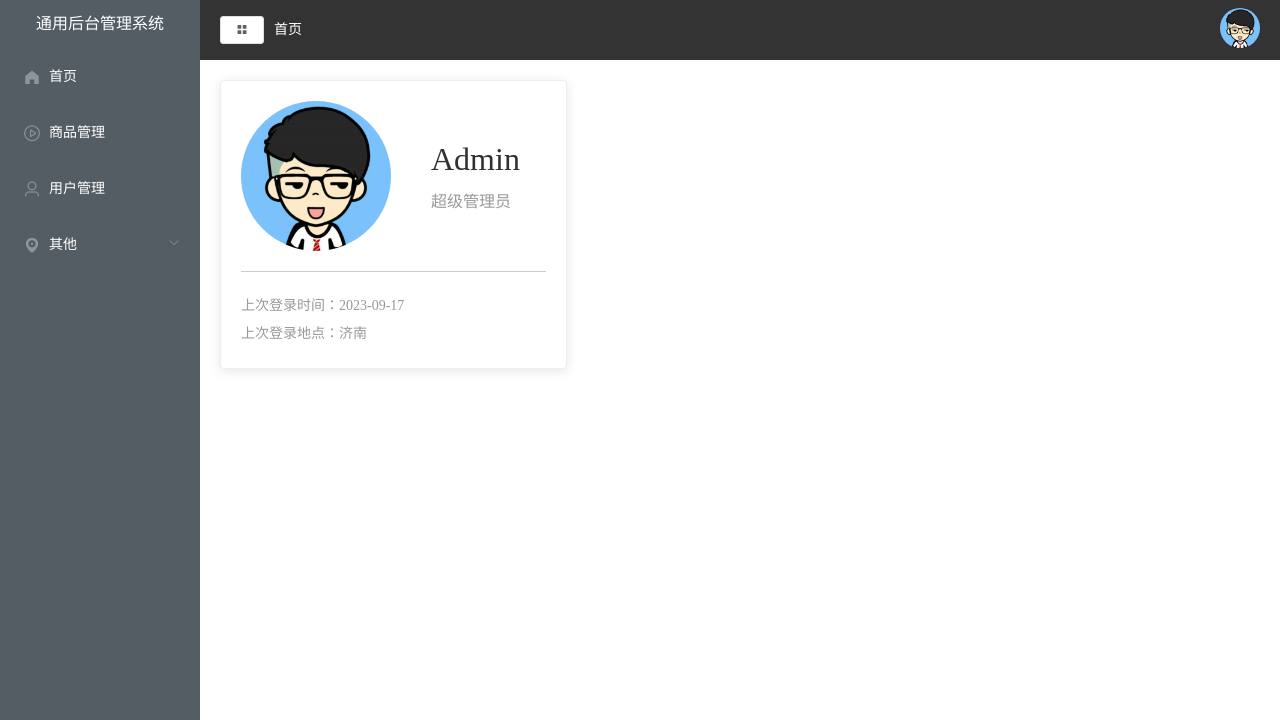
Repository: Francis200214/my-app
Page: /
These files come from the project's save history. The page is drawn as it stood at one moment and after a run of saves; the edit follows.
The browser window is 1280 px wide. The pictures show the whole page.
The project was rebuilt for these pictures with package versions that can differ from the ones it lists, and the page was loaded fresh each time. Also part of the build but not shown: vue.config.js, src/views/User.vue, src/views/Mall.vue, src/views/other/PageOne.vue, src/views/other/PageTwo.vue.

Above is the page before, as saved 2023-05-22 21:36:17.

### src/main.js
import Vue from 'vue'
import App from './App.vue'
import ElementUI from 'element-ui'

// ElementUI 按需引入
// import { Button,Row } from 'element-ui'


import 'element-ui/lib/theme-chalk/index.css'
// Vue-Router
import router from './router'
// Vuex
import store from './store'


Vue.config.productionTip = false

// 全局引入Element UI
Vue.use(ElementUI);


// 按需引入Element UI
// Vue.use(Row);
// Vue.use(Button);


new Vue({
  router,
  store,
  render: h => h(App),
}).$mount('#app')

### src/App.vue
<template>
  <div id="app">
    <router-view></router-view>
  </div>
</template>

<style lang="less">
  html,body,h3,p {
    margin: 0;
    padding: 0;
  }
</style>

<script>

export default {
  name: 'App'
}
</script>

### src/router/index.js
import Vue from 'vue'
import VueRouter from 'vue-router'

// 1、引入组件
import Main from '../views/Main.vue'
import Home from '../views/Home.vue'
import User from '../views/User.vue'
import Mall from '../views/Mall.vue'
import PageOne from '../views/other/PageOne.vue'
import PageTwo from '../views/other/PageTwo.vue'

// 引入Vue-Router
Vue.use(VueRouter);

// 2、路由与组件映射
const routes = [
    {
        path: '/',
        component: Main,
        // redirect 表示重定向，当路径是 / 的时候就重定向某个路由
        redirect: '/home',
        children: [
            { path: 'home', component: Home }, // 首页
            { path: 'user', component: User }, // 用户管理
            { path: 'mall', component: Mall }, // 商品管理
            { path: 'page1', component: PageOne }, // 页面一
            { path: 'page2', component: PageTwo }, // 页面二
        ]
    }

]

// 3、创建Router实例
const router = new VueRouter({
    routes // (缩写) 相当于 routes: routes
})

// 4、将 router 暴露
export default router

### src/store/index.js
import Vue from 'vue'
import Vuex from 'vuex'
import tab from './tab'

Vue.use(Vuex)


// 创建 Vuex 的实例
// 对外暴露
export default new Vuex.Store({
    modules: {
        tab
    }
})

### src/views/Main.vue
<template>
    <div>
        <el-container>
            <el-aside width="auto">
                <common-aside />
            </el-aside>
            <el-container>
                <el-header>
                    <common-header />
                </el-header>
                <el-main>
                    <router-view></router-view>
                </el-main>
            </el-container>
        </el-container>
    </div>
</template>
<style lang="less" scoped>
.el-header {
    padding: 0;
}
</style>
<script>
import CommonAside from '../components/CommonAside.vue'
import CommonHeader from '../components/CommonHeader.vue'


export default {
    data() {
        return {}
    },
    components: {
        CommonAside,
        CommonHeader
    }
}
</script>

### src/views/Home.vue
<template>
    <el-row>
        <el-col :span="8">
            <el-card class="box-card">
                <div class="user">
                    <img src="../assets/images/user.png" alt="">
                    <div class="userinfo">
                        <p class="name">Admin</p>
                        <p class="access">超级管理员</p>
                    </div>
                </div>

                <div class="login-info">
                    <p>上次登录时间：<span>2023-09-17</span></p>
                    <p>上次登录地点：<span>济南</span></p>
                </div>
            </el-card>
        </el-col>

        <el-col :span="16">
            <div class="grid-content bg-purple-light"></div>
        </el-col>
    </el-row>
</template>

<style lang="less" scoped>
.user {
    display: flex;
    // flex 布局中 主轴垂直居中
    align-items: center;
    padding-bottom: 20px;
    margin-bottom: 20px;
    border-bottom: 1px solid #ccc;

    img {
        width: 150px;
        height: 150px;
        border-radius: 50%;
        margin-right: 40px;
    }

    .userinfo {
        .name {
            font-size: 32px;
            margin-bottom: 10px;
        }

        .access {
            color: #999999;
        }
    }
}

.login-info {
    line-height: 28px;
    font-size: 14px;
    color: #999999;

    span {
        color: #999999;

    }
}
</style>

<script>
export default {
    data() {
        return {}
    }
}
</script>

### src/store/tab.js
export default {
    state: {
        isCollapse: false // 用于控制菜单的展开或收起
    },
    mutations: {
        // 修改菜单展开或者收起的方法
        collapseMenu(state) {
            state.isCollapse = !state.isCollapse
        }
    }
}

### src/components/CommonAside.vue
<template>
    <div>
        <el-menu default-active="1-4-1" class="el-menu-vertical-demo" @open="handleOpen" @close="handleClose"
            :collapse="isCollapse" background-color="#545c64" text-color="#fff" active-text-color="#ffd04b">

            <h3>{{ isCollapse ? '后台' : '通用后台管理系统' }}</h3>

            <el-menu-item @click="clickMenu(item)" v-for="item in noChildren" :key="item.name" :index="item.name">
                <i :class="`el-icon-${item.icon}`"></i>
                <span slot="title">{{ item.label }}</span>
            </el-menu-item>

            <el-submenu v-for="item in hasChildren" :key="item.label" :index="item.label">
                <template slot="title">
                    <i :class="`el-icon-${item.icon}`"></i>
                    <span slot="title">{{ item.label }}</span>
                </template>
                <el-menu-item-group v-for="subItem in item.children" :key="subItem.path">
                    <el-menu-item @click="clickMenu(subItem)" :index="subItem.path">{{ subItem.label }}</el-menu-item>
                </el-menu-item-group>
            </el-submenu>
        </el-menu>
    </div>
</template>

<style lang="less" scope>
.el-menu-vertical-demo:not(.el-menu--collapse) {
    width: 200px;
    min-height: 400px;
}

.el-menu {
    height: 100vh;
    border-right: none;

    h3 {
        color: #fff;
        text-align: center;
        line-height: 48px;
        font-size: 16px;
        // 字体粗细
        font-weight: 400;
    }
}
</style>

<script>
export default {
    data() {
        return {
            menuData: [
                {
                    path: '/',
                    name: 'home',
                    label: '首页',
                    icon: 's-home',
                    url: 'Home/Home'
                },
                {
                    path: '/mall',
                    name: 'mall',
                    label: '商品管理',
                    icon: 'video-play',
                    url: 'MallManage/MallManage'
                },
                {
                    path: '/user',
                    name: 'user',
                    label: '用户管理',
                    icon: 'user',
                    url: 'UserManage/UserManage'
                },
                {
                    label: '其他',
                    icon: 'location',
                    children: [
                        {
                            path: '/page1',
                            name: 'page1',
                            label: '页面1',
                            icon: 'setting',
                            url: 'Other/PageOne'
                        },
                        {
                            path: '/page2',
                            name: 'page2',
                            label: '页面2',
                            icon: 'setting',
                            url: 'Other/PageTwo'
                        }
                    ]
                }
            ]
        };
    },
    methods: {
        handleOpen(key, keyPath) {
            console.log(key, keyPath);
        },
        handleClose(key, keyPath) {
            console.log(key, keyPath);
        },
        // 点击菜单
        clickMenu(item) {
            console.log(item)
            // 当页面的路由与我要跳转的路由不一致的时候才允许跳转
            if (this.$route.path !== item.path && !(this.$route.path === '/home' && (item.path === '/'))) {
                // 这里的this代表vue实例
                this.$router.push(item.path)
            }
        }
    },
    computed: {
        // 没有子菜单
        noChildren() {
            return this.menuData.filter(item => !item.children)
        },
        // 有子菜单
        hasChildren() {
            return this.menuData.filter(item => item.children)
        },
        isCollapse() {
            return this.$store.state.tab.isCollapse
        }
    }
}
</script>

### src/components/CommonHeader.vue
<template>
    <div class="header-container">
        <div class="l-content">
            <el-button @click="handleMenu" icon="el-icon-menu" size="mini"></el-button>
            <!-- 面包屑 -->
            <span class="text">首页</span>
        </div>
        <div class="r-content">
            <el-dropdown>
                <span class="el-dropdown-link">
                    <img class="user" src="../assets/images/user.png" alt="">
                </span>
                <el-dropdown-menu slot="dropdown">
                    <el-dropdown-item>个人中心</el-dropdown-item>
                    <el-dropdown-item>退出</el-dropdown-item>
                </el-dropdown-menu>
            </el-dropdown>
        </div>
    </div>
</template>
<style lang="less" scoped>
.header-container {
    padding: 0px 20px;
    background-color: #333;
    height: 60px;
    display: flex;
    // 将元素放到元素主轴的两端
    justify-content: space-between;
    align-items: center;

    .text {
        color: #fff;
        font-size: 14px;
        margin-left: 10px;
    }

    .r-content {
        .user {
            width: 40px;
            height: 40px;
            border-radius: 50%;
        }
    }
}
</style>
<script>
export default {
    data() {
        return {}
    },
    methods: {
        handleMenu() {
            this.$store.commit('collapseMenu')
        }
    }
}
</script>

Loaded but not shown: public/index.html (common file)

After the next 6 saves:
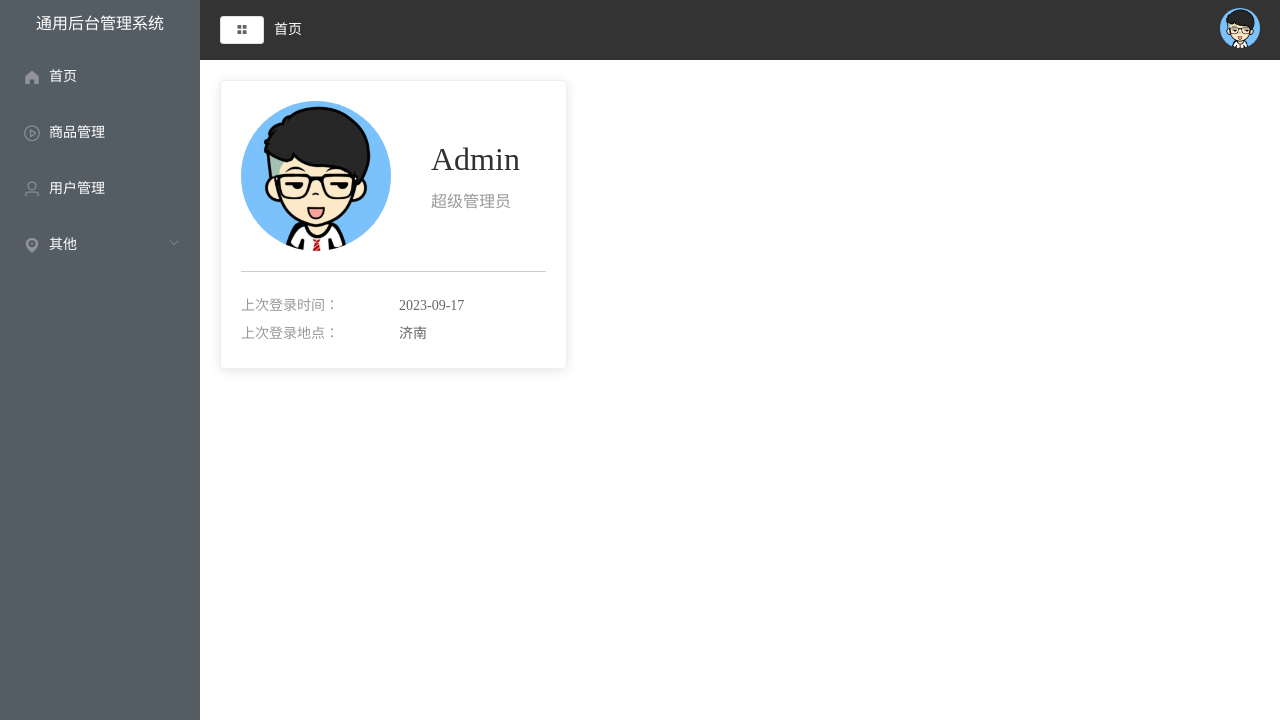
The 6 saves are shown as one change because 1 did not build or start and some came seconds apart.
The last was saved 23 s later.
--- a/src/views/Home.vue
+++ b/src/views/Home.vue
@@ -57,7 +57,8 @@
     color: #999999;
 
     span {
-        color: #999999;
+        color: #666666;
+        margin-left: 60px;
 
     }
 }
